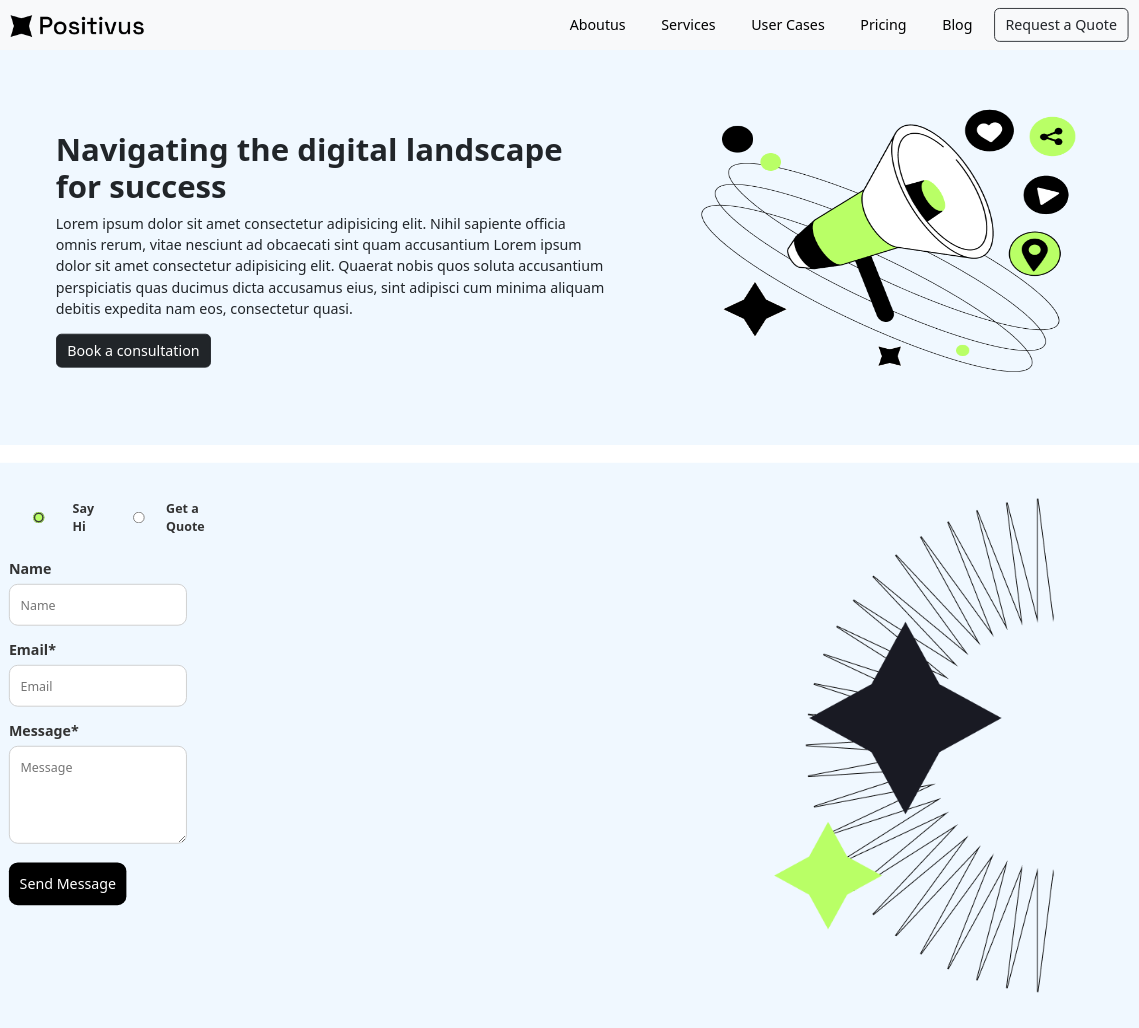
Repository: inshaabbas/CSS-Hackathon-SMIT
Page: index.html
An editor plug-in stored every save of this project. The page is shown before and after a run of saves, followed by the edit.
The browser window is 1280 px wide. The pictures show the whole page, at 89% of full size.

Above is the page before, as saved 2025-06-25 09:58:50.

### index.html
<!DOCTYPE html>
<html lang="en">
<head>
    <meta charset="UTF-8">
    <meta name="viewport" content="width=device-width, initial-scale=1.0">
    <title>CSS Hackathon</title>
    <!-- Bootstrap CDN -->
     <link href="https://cdn.jsdelivr.net/npm/bootstrap@5.3.7/dist/css/bootstrap.min.css" rel="stylesheet" integrity="sha384-LN+7fdVzj6u52u30Kp6M/trliBMCMKTyK833zpbD+pXdCLuTusPj697FH4R/5mcr" crossorigin="anonymous">
    <!-- Font Awesome CDN -->
     <link rel="stylesheet" href="https://cdnjs.cloudflare.com/ajax/libs/font-awesome/6.7.2/css/all.min.css" integrity="sha512-Evv84Mr4kqVGRNSgIGL/F/aIDqQb7xQ2vcrdIwxfjThSH8CSR7PBEakCr51Ck+w+/U6swU2Im1vVX0SVk9ABhg==" crossorigin="anonymous" referrerpolicy="no-referrer"/>
    <!-- External Style Sheet -->
     <link rel="stylesheet" href="./style.css">
</head>
<body>
    <!-- Header Section Starts -->
    <header class="container-xxl">
      <div class="fixed-top">
         <nav class="navbar navbar-expand-lg bg-body-tertiary">
  <div class="container-fluid">
    <a class="navbar-brand" href="#"><img src="./Assets/logo.png" alt="Logo" width="150px"></a>
    <button class="navbar-toggler" type="button" data-bs-toggle="collapse" data-bs-target="#navbarSupportedContent" aria-controls="navbarSupportedContent" aria-expanded="false" aria-label="Toggle navigation">
      <span class="navbar-toggler-icon"></span>
    </button>
    <div class="collapse navbar-collapse" id="navbarSupportedContent">
      <ul class="navbar-nav ms-auto me-3 gap-4 mb-2 mb-lg-0">
        <li class="nav-item">
          <a class="nav-link active" aria-current="page" href="#">Aboutus</a>
        </li>
        <li class="nav-item">
          <a class="nav-link active" href="#">Services</a>
        </li>
        <li class="nav-item">
          <a class="nav-link active" aria-disabled="true">User Cases</a>
        </li>
        <li class="nav-item">
          <a class="nav-link active" aria-current="page" href="#">Pricing</a>
        </li>
        <li class="nav-item">
          <a class="nav-link active" aria-current="page" href="#">Blog</a>
        </li>
      </ul>
        <button class="btn btn-outline-dark" type="submit">Request a Quote</button>
      </form>
    </div>
  </div>
</nav>
      </div>
    </header>
    <!-- Header Section Ends -->

    <!-- Hero Section Starts -->
     <section class="hero-sec container-xxl">
        <div class="hero-text">
            <h2>Navigating the digital landscape for success</h2>
            <p>Lorem ipsum dolor sit amet consectetur adipisicing elit. Nihil sapiente officia omnis rerum, vitae nesciunt ad obcaecati sint quam accusantium Lorem ipsum dolor sit amet consectetur adipisicing elit. Quaerat nobis quos soluta accusantium perspiciatis quas ducimus dicta accusamus eius, sint adipisci cum minima aliquam debitis expedita nam eos, consectetur quasi.</p>
            <button type="button" class="btn btn-dark">Book a consultation</button>
        </div>
        <div class="hero-img">
            <img src="./Assets/hero-sec-img.png" alt="Hero Section Img" width="450px" height="330px">
        </div>
     </section>
    <!-- Hero Section Ends -->

     <!-- Contact section Starts -->
     <section class="contact-section">
      <div class="contact-form">
        <form>
          <!-- Radio Buttons -->
          <div class="radio-group">
            <label><input type="radio" name="purpose" checked>Say Hi</label>
            <label><input type="radio" name="purpose"> Get a Quote</label>
          </div>

          <!-- Name -->
          <div class="form-group">
            <label for="name">Name</label>
            <input type="text" id="name" name="name" placeholder="Name" required>
          </div>

          <!-- Email -->
          <div class="form-group">
            <label for="email">Email*</label>
            <input type="email" id="email" name="email" placeholder="Email" required>
          </div>

          <!-- Message -->
          <div class="form-group">
            <label for="message">Message*</label>
            <textarea id="message" name="message" placeholder="Message" rows="4" required></textarea>
          </div>

          <!-- Button -->
          <button type="submit">Send Message</button>
        </form>
       </div>
      <div>
        <img src="./Assets/Contact-img.png" alt="Contact img" width="400px">
      </div>
     </section>







<script src="https://cdn.jsdelivr.net/npm/@popperjs/core@2.11.8/dist/umd/popper.min.js" integrity="sha384-I7E8VVD/ismYTF4hNIPjVp/Zjvgyol6VFvRkX/vR+Vc4jQkC+hVqc2pM8ODewa9r" crossorigin="anonymous"></script>
<script src="https://cdn.jsdelivr.net/npm/bootstrap@5.3.7/dist/js/bootstrap.min.js" integrity="sha384-7qAoOXltbVP82dhxHAUje59V5r2YsVfBafyUDxEdApLPmcdhBPg1DKg1ERo0BZlK" crossorigin="anonymous"></script>
</body>
</html>

### style.css
.hover-img{
    transition: transform 0.3s ease;
}

.hover-img:hover{
    transform: scale(1.1);
}

.hero-sec{
    display: flex;
    justify-content: space-around;
    align-items: center;
    padding: 20px;
    height: 500px;
    background-color: aliceblue;
    padding-top: 80px;
}

.hero-text{
    width: 50%;
}

.hero-text h2{
    font-size: 35px;
    font-weight: bold;
}

@media screen and (max-width: 1010px) {
    .hero-img img{
        width: 350px;
        height: 300px;
    }
    .hero-sec{
        height: auto;
    }
}

@media screen and (max-width: 800px){
    .hero-sec{
        flex-direction: column;
        gap: 50px;
    }

    .hero-text{
    width: 100%;
}
}

/* Hero Section End */

/* Contact Section Starts */

.contact-section{
    display: flex;
    justify-content: space-between;
    /* height: 400px; */
    height: auto;
    background-color: aliceblue;
    margin-top: 20px;
    padding: 40px 10px;
}



.radio-group {
  display: flex;
  gap: 20px;
  margin-bottom: 20px;
  font-size: 14px;
}

.radio-group label{
  display: flex;
  align-items: center;
  gap: 5px;
  font-size: 14px;
  color: #333;
  cursor: pointer;
  width: 100px;
}


input[type="radio"] {
  accent-color: #b9ff66;
}

.form-group {
  margin-bottom: 15px;
}

label {
  display: block;
  margin-bottom: 5px;
  font-weight: bold;
  color: #333;
}

input,
textarea {
  width: 100%;
  max-width: 200px;
  padding: 12px;
  font-size: 14px;
  border: 1px solid #ccc;
  border-radius: 10px;
  box-sizing: border-box;
}

button {
  background-color: #000;
  color: #fff;
  border: none;
  padding: 12px;
  /* width: 50%; */
  border-radius: 10px;
  font-size: 16px;
  cursor: pointer;
  transition: background-color 0.3s;
}

button:hover {
  background-color: #333;
}

After the next 4 saves:
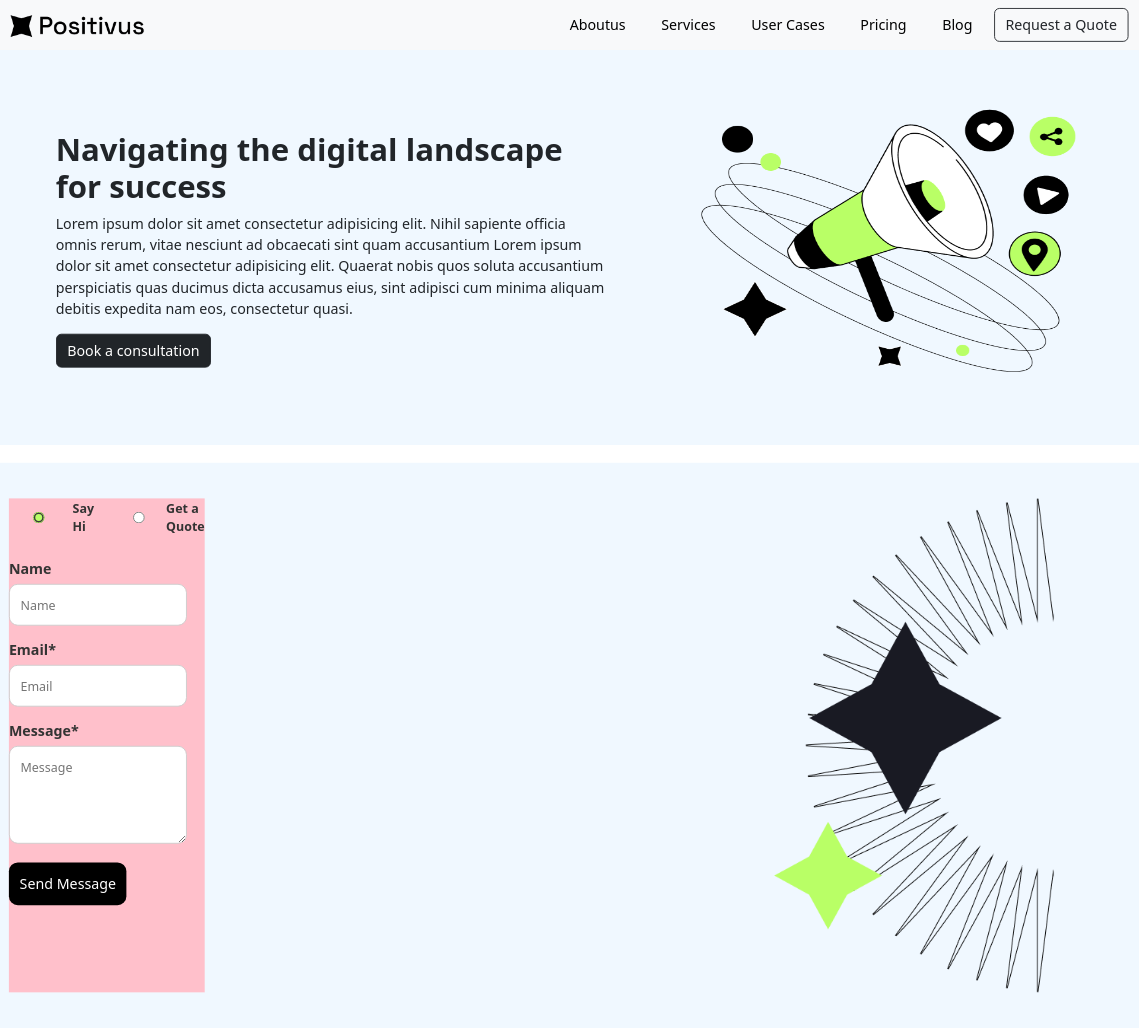
The 4 saves are shown as one change because they came seconds apart.
The last was saved 17 s later.
--- a/style.css
+++ b/style.css
@@ -60,7 +60,9 @@
     padding: 40px 10px;
 }
 
-
+.contact-form{
+    background-color: pink;
+}
 
 .radio-group {
   display: flex;
